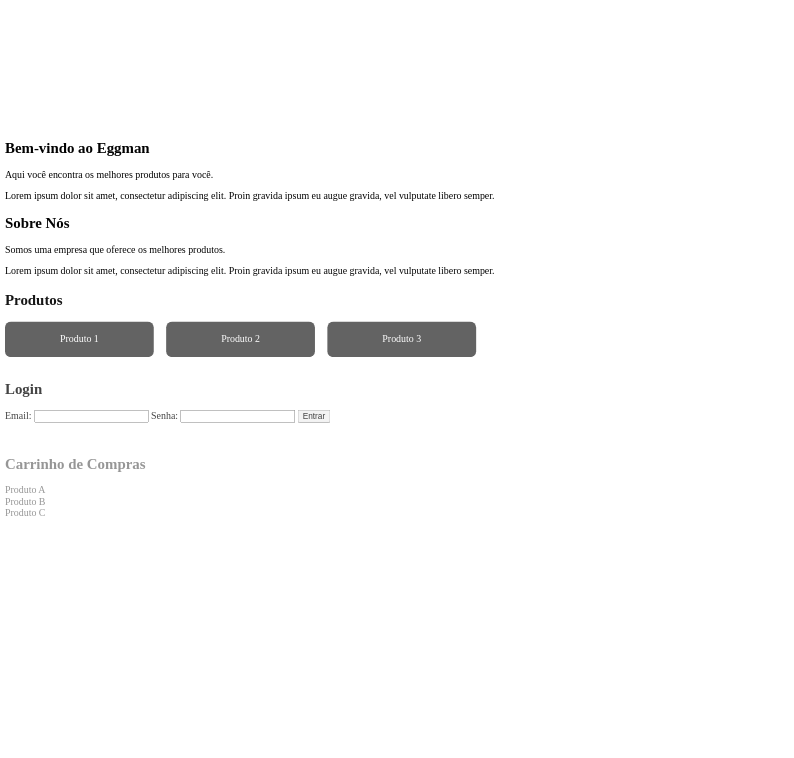
Repository: Matheus904-12/teste-2
Page: index.html
An editor plug-in stored every save of this project. The page is shown before and after the next save, followed by the edit.
The browser window is 1280 px wide. The pictures show the whole page, at 62% of full size.
Some web libraries are served in a nearby version.

Above is the page before, as saved 2023-11-04 02:35:28.

### index.html
<!DOCTYPE html>
<html lang="en">
<head>
    <meta charset="UTF-8">
    <meta name="viewport" content="width=device-width, initial-scale=1.0">
    <link rel="stylesheet" href="style.css">
    <title>Eggman</title>
</head>
<body>
    <header class="header">
        <div class="container">
            <h1>Eggman</h1>
            <div class="mode-toggle">
                <label for="mode-switch">Modo Claro</label>
                <input type="checkbox" id="mode-switch">
            </div>
            <nav class="navbar">
                <ul class="nav-list">
                    <li class="nav-item"><a href="#inicio">Início</a></li>
                    <li class="nav-item"><a href="#sobre">Sobre</a></li>
                    <li class="nav-item"><a href="#produtos">Produtos</a></li>
                    <li class="nav-item"><a href="#login">Login</a></li>
                    <li class="nav-item"><a href="#carrinho">Carrinho</a></li>
                </ul>
            </nav>
        </div>
    </header>
    <main class="main">
        <section id="inicio" class="section">
            <div class="container">
                <h2>Bem-vindo ao Eggman</h2>
                <p>Aqui você encontra os melhores produtos para você.</p>
                <p>Lorem ipsum dolor sit amet, consectetur adipiscing elit. Proin gravida ipsum eu augue gravida, vel vulputate libero semper.</p>
                <!-- Adicione mais conteúdo aqui -->
            </div>
        </section>
        <section id="sobre" class="section">
            <div class="container">
                <h2>Sobre Nós</h2>
                <p>Somos uma empresa que oferece os melhores produtos.</p>
                <p>Lorem ipsum dolor sit amet, consectetur adipiscing elit. Proin gravida ipsum eu augue gravida, vel vulputate libero semper.</p>
                <!-- Adicione mais conteúdo aqui -->
            </div>
        </section>
        <section id="produtos" class="section">
            <div class="container">
                <h2>Produtos</h2>
                <div class="produtos-carousel">
                    <!-- Adicione os produtos aqui -->
                    <div class="produto">Produto 1</div>
                    <div class="produto">Produto 2</div>
                    <div class="produto">Produto 3</div>
                    <!-- Adicione mais produtos aqui -->
                </div>
            </div>
        </section>
        <section id="login" class="section">
            <div class="container">
                <h2>Login</h2>
                <form>
                    <label for="email">Email:</label>
                    <input type="email" id="email" required>
                    <label for="senha">Senha:</label>
                    <input type="password" id="senha" required>
                    <button type="submit">Entrar</button>
                </form>
            </div>
        </section>
        <section id="carrinho" class="section">
            <div class="container">
                <h2>Carrinho de Compras</h2>
                <div class="carrinho">
                    <!-- Adicione os produtos no carrinho aqui -->
                    <div class="item">Produto A</div>
                    <div class="item">Produto B</div>
                    <div class="item">Produto C</div>
                    <!-- Adicione mais itens aqui -->
                </div>
            </div>
        </section>
        <section id="flip-cards" class="section">
            <div class="container">
                <h2>Flip Cards</h2>
                <div class="flip-card">
                    <div class="flip-card-inner">
                        <div class="flip-card-front">
                            <h3>Card 1</h3>
                        </div>
                        <div class="flip-card-back">
                            <p>Detalhes do Card 1</p>
                        </div>
                    </div>
                </div>
                <div class="flip-card">
                    <div class="flip-card-inner">
                        <div class="flip-card-front">
                            <h3>Card 2</h3>
                        </div>
                        <div class="flip-card-back">
                            <p>Detalhes do Card 2</p>
                        </div>
                    </div>
                </div>
            </div>
        </section>
    </main>
    <footer class="footer">
        <div class="container">
            <p>Eggman &copy; 2023. Todos os direitos reservados.</p>
        </div>
    </footer>
    <script src="https://cdnjs.cloudflare.com/ajax/libs/gsap/3.9.1/gsap.min.js"></script>
    <script src="https://cdnjs.cloudflare.com/ajax/libs/gsap/3.9.1/ScrollTrigger.min.js"></script>
    <script src="main.js"></script>
</body>
</html>

### style.css
/* Seu CSS existente permanece o mesmo */

/* Adicionando estilo para o carrossel */
.produtos-carousel {
    display: flex;
    overflow-x: auto;
    gap: 20px;
    margin-top: 20px;
}

.produto {
    min-width: 200px;
    background-color: #555;
    color: #fff;
    padding: 20px;
    border-radius: 10px;
    text-align: center;
}

/* Adicionando estilo para os Flip Cards */
.flip-card {
    background-color: transparent;
    width: 200px;
    height: 200px;
    perspective: 1000px;
    display: inline-block;
    margin: 20px;
}

.flip-card-inner {
    position: relative;
    width: 100%;
    height: 100%;
    text-align: center;
    transition: transform 0.6s;
    transform-style: preserve-3d;
    box-shadow: 0 4px 8px rgba(0, 0, 0, 0.1);
}

.flip-card:hover .flip-card-inner {
    transform: rotateY(180deg);
}

.flip-card-front, .flip-card-back {
    position: absolute;
    width: 100%;
    height: 100%;
    backface-visibility: hidden;
    display: flex;
    align-items: center;
    justify-content: center;
}

.flip-card-front {
    background-color: #555;
    color: #fff;
}

.flip-card-back {
    background-color: #fff;
    color: #555;
    transform: rotateY(180deg);
}

### main.js
document.querySelectorAll('nav a').forEach(anchor => {
    anchor.addEventListener('click', function (e) {
        e.preventDefault();
        document.querySelector(this.getAttribute('href')).scrollIntoView({
            behavior: 'smooth'
        });
    });
});

document.addEventListener('DOMContentLoaded', function() {
    gsap.registerPlugin(ScrollTrigger);

    gsap.from('.header', {
        y: -100,
        opacity: 0,
        duration: 1,
        ease: "power2.out",
        scrollTrigger: {
            trigger: 'body',
            start: 'top top',
            end: 'bottom top',
            scrub: true
        }
    });

    gsap.from('.navbar', {
        y: -100,
        opacity: 0,
        duration: 1,
        ease: "power2.out",
        scrollTrigger: {
            trigger: 'body',
            start: 'top top',
            end: 'bottom top',
            scrub: true
        }
    });

    gsap.from('.section', {
        y: 100,
        opacity: 0,
        duration: 1,
        ease: "power2.out",
        stagger: 0.2,
        scrollTrigger: {
            trigger: '.section',
            start: 'top bottom',
            end: 'bottom top',
            scrub: true
        }
    });

    gsap.from('.footer', {
        y: 100,
        opacity: 0,
        duration: 1,
        ease: "power2.out",
        scrollTrigger: {
            trigger: '.footer',
            start: 'top bottom',
            end: 'bottom top',
            scrub: true
        }
    });
});

After the next save:
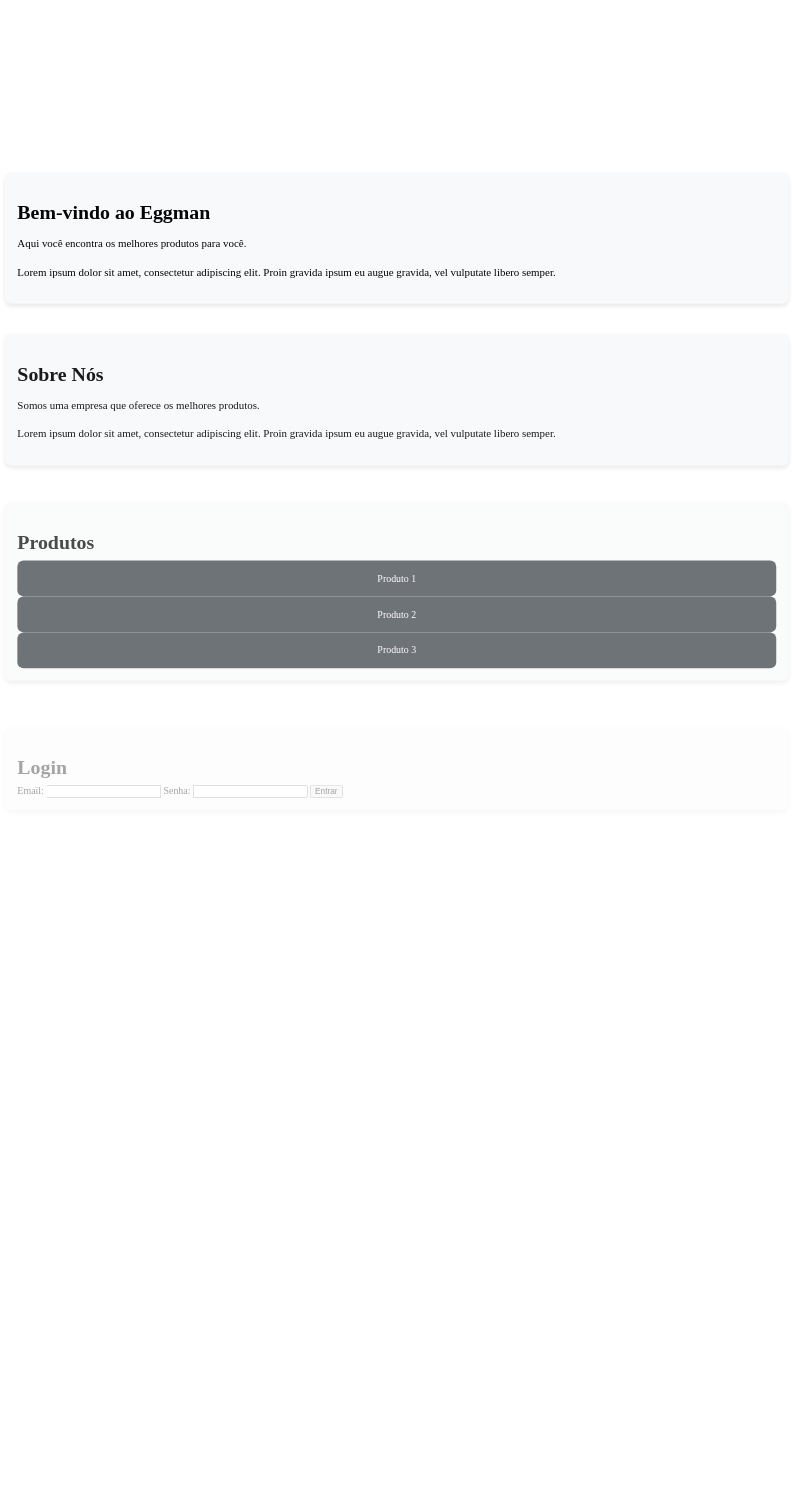
Saved 30 s later.
--- a/style.css
+++ b/style.css
@@ -1,44 +1,47 @@
 /* Seu CSS existente permanece o mesmo */
 
-/* Adicionando estilo para o carrossel */
-.produtos-carousel {
-    display: flex;
-    overflow-x: auto;
-    gap: 20px;
-    margin-top: 20px;
+/* Adicionando mais estilos */
+.container {
+    padding: 20px;
+    background-color: #f8f9fa;
+    border-radius: 10px;
+    box-shadow: 0 4px 8px rgba(0, 0, 0, 0.1);
 }
 
-.produto {
-    min-width: 200px;
-    background-color: #555;
+.section {
+    margin-bottom: 40px;
+}
+
+h2 {
+    font-size: 2em;
+    margin-bottom: 10px;
+}
+
+p {
+    font-size: 1.1em;
+    line-height: 1.6;
+}
+
+.produto, .item {
+    padding: 20px;
+    background-color: #343a40;
     color: #fff;
-    padding: 20px;
     border-radius: 10px;
     text-align: center;
 }
 
-/* Adicionando estilo para os Flip Cards */
 .flip-card {
-    background-color: transparent;
     width: 200px;
     height: 200px;
-    perspective: 1000px;
-    display: inline-block;
     margin: 20px;
 }
 
 .flip-card-inner {
-    position: relative;
     width: 100%;
     height: 100%;
-    text-align: center;
     transition: transform 0.6s;
     transform-style: preserve-3d;
     box-shadow: 0 4px 8px rgba(0, 0, 0, 0.1);
-}
-
-.flip-card:hover .flip-card-inner {
-    transform: rotateY(180deg);
 }
 
 .flip-card-front, .flip-card-back {
@@ -52,12 +55,53 @@
 }
 
 .flip-card-front {
-    background-color: #555;
-    color: #fff;
+    background-color: #343a40;
 }
 
 .flip-card-back {
     background-color: #fff;
-    color: #555;
+    color: #343a40;
     transform: rotateY(180deg);
 }
+
+/* Adicionando estilos para o botão de alternância de modo */
+.mode-toggle {
+    margin-left: 20px;
+    display: flex;
+    align-items: center;
+}
+
+.mode-toggle label {
+    font-size: 1.1em;
+    margin-right: 10px;
+}
+
+.mode-toggle input[type="checkbox"] {
+    -webkit-appearance: none;
+    -moz-appearance: none;
+    appearance: none;
+    width: 40px;
+    height: 20px;
+    background-color: #ccc;
+    border-radius: 10px;
+    position: relative;
+    cursor: pointer;
+    outline: none;
+}
+
+.mode-toggle input[type="checkbox"]:before {
+    content: '';
+    position: absolute;
+    width: 18px;
+    height: 18px;
+    border-radius: 50%;
+    background-color: #fff;
+    left: 2px;
+    top: 50%;
+    transform: translateY(-50%);
+    transition: 0.3s;
+}
+
+.mode-toggle input[type="checkbox"]:checked:before {
+    left: calc(100% - 20px);
+}
